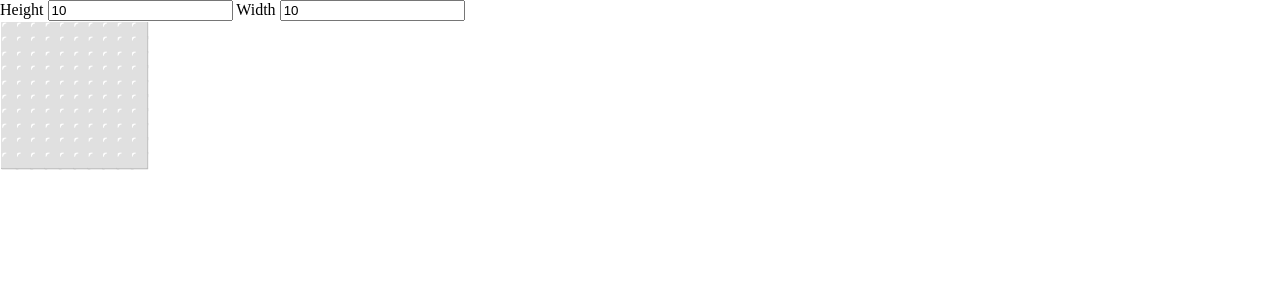
Repository: roast-rabbit/emoji-art-generator
Page: index.html
The author's editor kept a copy of each file at every save. The page is drawn from the files as they stood at one save, then again after the next save.
The browser window is 1280 px wide. The pictures show the whole page.

Above is the page before, as saved 2022-12-06 15:35:51.

### index.html
<!DOCTYPE html>
<html lang="en">
  <head>
    <meta charset="UTF-8" />
    <meta http-equiv="X-UA-Compatible" content="IE=edge" />
    <meta name="viewport" content="width=device-width, initial-scale=1.0" />
    <title>Emoji art generator</title>
    <link rel="stylesheet" href="styles.css" />
  </head>
  <body>
    <div id="stats">
      <label for="height">Height</label>
      <input name="height" type="text" value="10" />
      <label for="width">Width</label>
      <input name="width" type="text" value="10" />
    </div>
    <div id="main">
      <div id="side-tool-set"></div>
      <div id="board"></div>
      <script src="index.js"></script>
    </div>
  </body>
</html>

### styles.css
body {
  margin: 0;
}

#main {
  display: grid;
  grid-template-columns: (1fr 2fr);
}

#board {
  display: inline-grid;
  grid-template-columns: repeat(var(--height), 2vmin);
  grid-template-rows: repeat(var(--width), 2vmin);
}

### index.js
const heightInput = document.querySelector("#stats input[name=height]");
const widthInput = document.querySelector("#stats input[name=width]");
const board = document.querySelector("#board");

let height = heightInput.value;
let width = widthInput.value;

board.style.setProperty("--height", height);
board.style.setProperty("--width", width);

function createBoard(height, width) {
  for (let i = 0; i < height; i++) {
    for (let j = 0; j < width; j++) {
      element = document.createElement("div");
      element.textContent = "⬜️";
      element.classList.add("tile");
      board.appendChild(element);
    }
  }
}

createBoard(height, width);

After the next save:
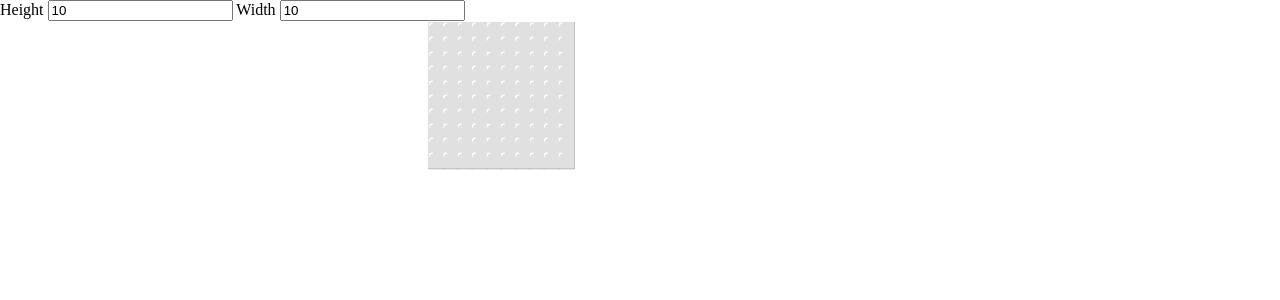
Saved 3 min 4 s later.
--- a/styles.css
+++ b/styles.css
@@ -4,7 +4,7 @@
 
 #main {
   display: grid;
-  grid-template-columns: (1fr 2fr);
+  grid-template-columns: 1fr 2fr;
 }
 
 #board {
@@ -12,3 +12,8 @@
   grid-template-columns: repeat(var(--height), 2vmin);
   grid-template-rows: repeat(var(--width), 2vmin);
 }
+
+#side-tool-set {
+  display: grid;
+  grid-template-columns: r\;;
+}
